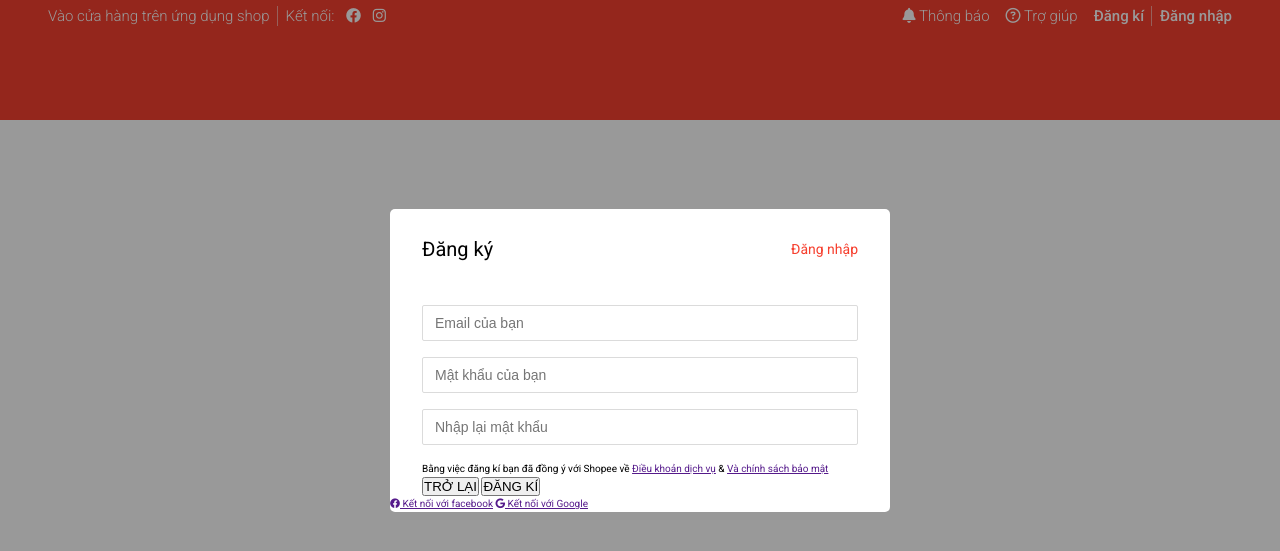
Repository: nguyenhoang2002062929/shoppee
Page: index.html
The author's editor kept a copy of each file at every save. The page is drawn from the files as they stood at one save, then again after the next save.
The browser window is 1280 px wide. The pictures show the whole page.

Above is the page before, as saved 2023-06-20 10:33:17.

### index.html
<!DOCTYPE html>
<html lang="en">
<head>
    <meta charset="UTF-8">
    <meta name="viewport" content="width=device-width, initial-scale=1.0">
    <title>Document</title>

    <link rel="stylesheet" href="./assets/css/base.css">
    <link rel="stylesheet" href="./assets/css/main.css">
    <link href="https://fonts.googleapis.com/css2?family=Roboto:wght@100;300;400;500;700&display=swap" rel="stylesheet">
    <link rel="stylesheet" href="https://cdnjs.cloudflare.com/ajax/libs/font-awesome/6.4.0/css/all.min.css" integrity="sha512-iecdLmaskl7CVkqkXNQ/ZH/XLlvWZOJyj7Yy7tcenmpD1ypASozpmT/E0iPtmFIB46ZmdtAc9eNBvH0H/ZpiBw==" crossorigin="anonymous" referrerpolicy="no-referrer" />

</head>
<body>
    <div class="app">
        <!-- header -->
        <div class="header">
            <div class="gird">

                <nav class="header__nav">
                    <ul class="header__nav-list">
                        <li class="header__nav-item header__nav-item--separate header__nav-item--hover-qr ">Vào cửa hàng trên ứng dụng shop
                            <!-- header qr code -->
                            <div class="header__qr-code">
                                <img src="./assets/img/qr_code.png" alt="" class="header__qr-code-img">
                                <div class="header__qr-code-app">
                                    <img src="./assets/img/googplay.png" alt="" class="header__app">
                                    <img src="./assets/img/appStore.png" alt="" class="header__app">
                                </div>
                            </div>
                        </li>
                        <li class="header__nav-item">
                            <span>Kết nối:</span>
                            <a href="" class="header_nav-item-icon"> <i class="fab fa-facebook"></i></a>
                            <a href="" class="header_nav-item-icon"> <i class="fab fa-instagram"></i></a>
                        </li>
                    </ul>

                    <ul class="header__nav-list">
                        <li class="header__nav-item header__nav-item--notify "><a class="header__nav-item-link" href=""><i class="fas fa-bell"></i> Thông báo</a>
                           <!-- notify -->
                           <div class="header__notify">
                                <div class="header__notify-header">
                                    <h3 class="notify__title">Thông Báo Mới Nhận</h3>
                                </div>
                                <ul class="notify__list">
                                    <li class="notify__list-item notify__list-item--view">
                                        <img src="https://cf.shopee.vn/file/d52c8e2d6975e3175edda97f317e21cb_tn" alt="" class="notify__list-item-img">
                                        <div class="notify__list-item-text">
                                            <p class="notify__list-item-text-big">Nhanh tay săn ngay mỹ phẩm F8 vào ngày 8/3 để nhận nhiều ưu đãi</p>
                                            <p class="notify__list-item-text-small">Thương hiệu mỹ phẩm đến từ F8, sáng mịn da tự tin ra đường bảo đảm trai bu như kiến hiện đang giảm giá 99% chỉ còn 1k</p>
                                        </div>
                                    </li>
                                    <li class="notify__list-item">
                                        <img src="https://cf.shopee.vn/file/d52c8e2d6975e3175edda97f317e21cb_tn" alt="" class="notify__list-item-img">
                                        <div class="notify__list-item-text">
                                            <p class="notify__list-item-text-big">Nhanh tay săn ngay mỹ phẩm F8 vào ngày 8/3 để nhận nhiều ưu đãi</p>
                                            <p class="notify__list-item-text-small">Thương hiệu mỹ phẩm đến từ F8, sáng mịn da tự tin ra đường bảo đảm trai bu như kiến hiện đang giảm giá 99% chỉ còn 1k</p>
                                        </div>
                                    </li>
                                    <li class="notify__list-item">
                                        <img src="https://cf.shopee.vn/file/d52c8e2d6975e3175edda97f317e21cb_tn" alt="" class="notify__list-item-img">
                                        <div class="notify__list-item-text">
                                            <p class="notify__list-item-text-big">Nhanh tay săn ngay mỹ phẩm F8 vào ngày 8/3 để nhận nhiều ưu đãi</p>
                                            <p class="notify__list-item-text-small">Thương hiệu mỹ phẩm đến từ F8, sáng mịn da tự tin ra đường bảo đảm trai bu như kiến hiện đang giảm giá 99% chỉ còn 1k</p>
                                        </div>
                                    </li>
                                    <li class="notify__list-item notify__list-item--view">
                                        <img src="https://cf.shopee.vn/file/d52c8e2d6975e3175edda97f317e21cb_tn" alt="" class="notify__list-item-img">
                                        <div class="notify__list-item-text">
                                            <p class="notify__list-item-text-big">Nhanh tay săn ngay mỹ phẩm F8 vào ngày 8/3 để nhận nhiều ưu đãi</p>
                                            <p class="notify__list-item-text-small">Thương hiệu mỹ phẩm đến từ F8, sáng mịn da tự tin ra đường bảo đảm trai bu như kiến hiện đang giảm giá 99% chỉ còn 1k</p>
                                        </div>
                                    </li>
                                </ul>
                                <div class="header__notify-footer">Xem tất cả</div>
                            </div>
                        </li>
                        <li class="header__nav-item"><a class="header__nav-item-link" href=""><i class="far fa-question-circle"></i> Trợ giúp</a></li>
                        <li class="header__nav-item header__nav-item--strong header__nav-item--separate">Đăng kí</li>
                        <li class="header__nav-item header__nav-item--strong">Đăng nhập</li>
                    </ul>
                </nav>
            </div>
        </div>

        <!-- container -->
        <div class="container">

        </div>

        <!-- footer -->
        <div class="footer">

        </div>
    </div>

    <!-- modal layout -->
    <div class="modal">
        <div class="modal__overlay"></div>
        <div class="modal__body">
                <!-- Authen form -->
            <div class="auth-form">
                <div class="auth-form__container">
                    <div class="auth-form__header">
                        <h3 class="auth-form__heading">Đăng ký</h3>
                        <span class="auth-form__switch-btn">Đăng nhập</span>
                    </div>
                    <div class="auth-form__form">
                        <div class="auth-form__group">
                            <input type="text" class="auth-form__input" placeholder="Email của bạn">
                        </div>
                        <div class="auth-form__group">
                            <input type="password" class="auth-form__input" placeholder="Mật khẩu của bạn">
                        </div>
                        <div class="auth-form__group">
                            <input type="password" class="auth-form__input" placeholder="Nhập lại mật khẩu">
                        </div>
                    </div>

                    <div class="auth-form__aside">
                        <p class="auth-form__policy-text">Bằng việc đăng kí bạn đã đồng ý với Shopee về
                            <a href="" class="auth-form__policy-link">Điều khoản dịch vụ</a> & <a href="" class="auth-form__policy-link">Và chính sách bảo mật</a>
                        </p>
                    </div>
                <div class="auth-form__controls">
                        <button class="btn">TRỞ LẠI</button>
                        <button class="btn btn--primary">ĐĂNG KÍ</button>
                </div>
                </div>
            <div class="auth-form__social">
                <a href="" class="btn btn--with-icon"><i class="fa-brands fa-facebook"></i> Kết nối với facebook</a>
                <a href="" class="btn btn--with-icon"><i class="fa-brands fa-google"></i> Kết nối với Google</a>
            </div>
            </div>

        </div>
    </div>
</body>
</html>

### assets/css/base.css
:root{
    --white-color: #fff;
    --black-color: #000;
    --text-color: #333;
    --color-main: #f63f2e;
    --boder-color: #dbdbdb
}
*{
    box-sizing: inherit;
    margin: 0;
    padding: 0;
}
html{
    font-size: 62.5%;
    line-height: 1.6rem;
    font-family: 'Roboto', sans-serif;
    box-sizing: border-box;
}
.gird{
    width: 1200px;
    max-width: 1200px;
    margin: 0 auto;
}
.gird__full-width{
    width: 100%;
}
.gird__row{
    display: flex;
    flex-wrap: wrap;
}

### assets/css/main.css

.header{
    width: 100%;
    height: 120px;
    background-color: #f63f2e;
}
.header__nav{
    display: flex;
    justify-content: space-between;

}
.header__nav-list{
    display: flex;
}
.header__nav-item{
    position: relative;
    display: block;
    font-size: 15px;
    color:  var(--white-color);
    text-decoration: none;
    list-style-type: none;
    font-weight: 300;
    margin: 0px 8px;
    cursor: pointer;
    padding: 8px 0;
}
.header_nav-item-icon{
    text-decoration: none;
    color: var(--white-color);
    margin-left: 8px;
}
.header__nav-item-link{
    text-decoration: none;
    color: var(--white-color);
}
.header__nav-item--strong{
    font-weight: 500;
}
.header__nav-item--separate::after{
    content: "";
    height: 20px;
    color: #fff;
    opacity: 0.5;
    border-left: 1px solid #fff;
    position: absolute;
    top: 50%;
    right: -8px;
    transform: translateY(-50%);
}
.header_nav-item-icon:hover,
.header__nav-item:hover,
.header__nav-item-link:hover{
    color: rgba(255, 255, 255, 0.7);
}
.header__nav-item span{
    cursor: default;
    color: var(--white-color);
}
/* <!-- header qr code --> */
.header__qr-code{
    position: absolute;
    width: 186px;
    background-color: var(--white-color);
    left: 0;
    padding: 8px;
    display: none;
    margin-top: 8px;
    animation: inFace ease 0.4s;
}
.header__qr-code-img{
    width: 100%;
}
.header__qr-code-app{
    display: flex;
    justify-content: space-evenly;
}
.header__app{
    height: 16px;
}
.header__nav-item--hover-qr:hover .header__qr-code{
    display: block;
}
@keyframes inFace{
    from{
        opacity: 0;
    }
    to{
        opacity: 1;
    }
}
/* notify */
.header__notify{
    position: absolute;
    width: 404px;
    background-color: #fff;
    right: 0;
    top: 100%;
    border: 1px solid #ddd;
    border-radius: 2px;
    display: none;
    transform-origin: 90% top;
    animation: headerNotify ease-in 0.2s;
    will-change: opacity , transform;
}
@keyframes headerNotify{
    from{
        opacity: 0;
        transform: scale(0);
    }
    to{
        opacity: 1;
        transform: scale(1);
    }
}
.header__notify::before{
    position: absolute;
    content: "";
    border-width: 20px 35px;
    border-style: solid;
    border-color: transparent transparent #fff transparent;
    top: -28px;
    right: 12px;
}
.header__notify-header{
    display: block;
}
.notify__title{
    color:#333;
    font-weight: 300;
    font-size: 1.5rem;
    padding: 8px;
}
.notify__list{
}
.notify__list-item{
    position: relative;
    display: flex;
    color: #000;
    padding-bottom: 8px;
    padding-top: 8px;
}
.notify__list-item-img{
    top: 0;
    width: 48px;
    align-self: flex-start;
    padding: 2px 8px;
    display: inline;
}
.notify__list-item-text-big{
    font-size: 16px;
    font-weight: 400;
    text-overflow: 2px;
    line-height: 1.5;
}
.notify__list-item-text-small{
    font-size: 12px;
    font-weight: 300;
    color: #333;
    margin-top: 4px;
    line-height: 1.4;
}

.header__notify-footer{
    color: #333;
    text-align: center;
    padding: 8px 0;
    display: block;
}
.notify__list-item--view{
    background-color: rgba(239, 187, 176, 0.2)
}
.header__nav-item--notify:hover .header__notify {
    display: block;
}
.notify__list-item--view:hover{
    background-color: #ddd;
}
/* modal-overlay */
.modal{
    position: absolute;
    top: 0;
    bottom: 0;
    right: 0;
    left: 0;
    display: flex;
}
.modal__overlay{
    position: absolute;
    width: 100%;
    height: 100%;
    background-color:rgba(0, 0, 0, 0.4);
}
.modal__body{
    background-color: #fff;
    z-index: 1;
    margin: auto;
    border-radius: 5px;
}
/* authen form */
.auth-form{
    width: 500px;
}
.auth-form__container{
    padding: 0 32px;
}
.auth-form__header{
    display: flex;
    justify-content: space-between;
    padding: 32px 0;
}
.auth-form__heading{
    font-size: 2rem;
    font-weight: 400;
    color: var(--test-color);
}
.auth-form__switch-btn{
    font-size: 1.4rem;
    color: var(--color-main);
    font-weight: 400;
}
.auth-form__form{
    margin-top: 16px;
}
.auth-form__input{
    width: 100%;
    height: 36px;
    margin-bottom: 16px;
    border: 1px solid var(--boder-color);
    border-radius: 2px;
    font-size: 1.4rem;
    padding: 0 12px;
    outline: none;
}
.auth-form__input:focus{
    border-color: #888;
}

After the next save:
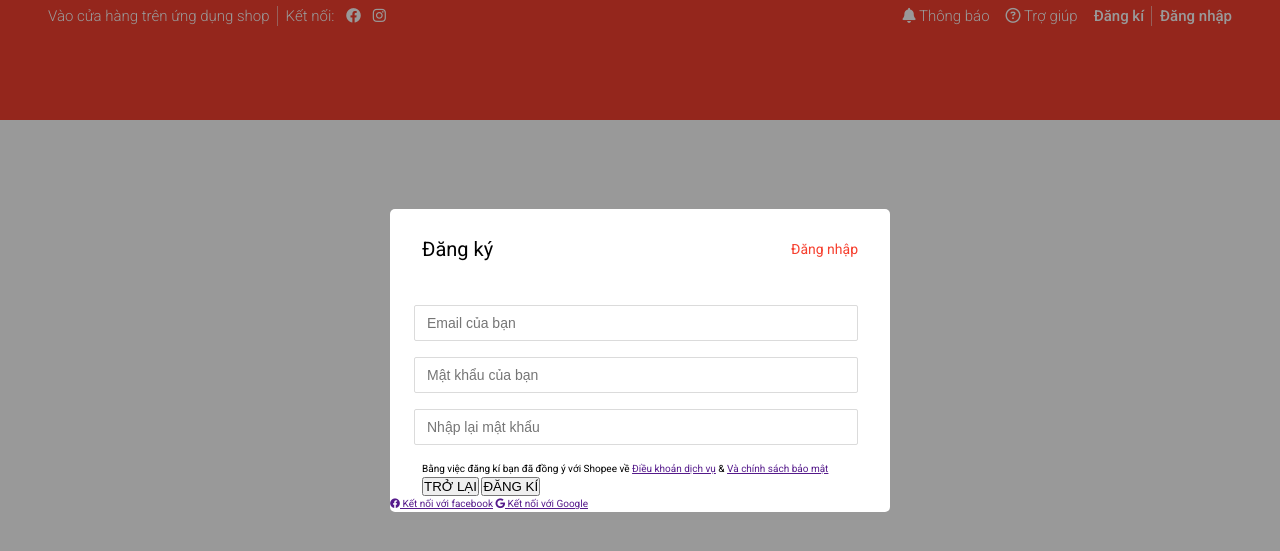
Saved 56 s later.
--- a/assets/css/main.css
+++ b/assets/css/main.css
@@ -220,6 +220,7 @@
 }
 .auth-form__form{
     margin-top: 16px;
+    margin-left: -8px;
 }
 .auth-form__input{
     width: 100%;
